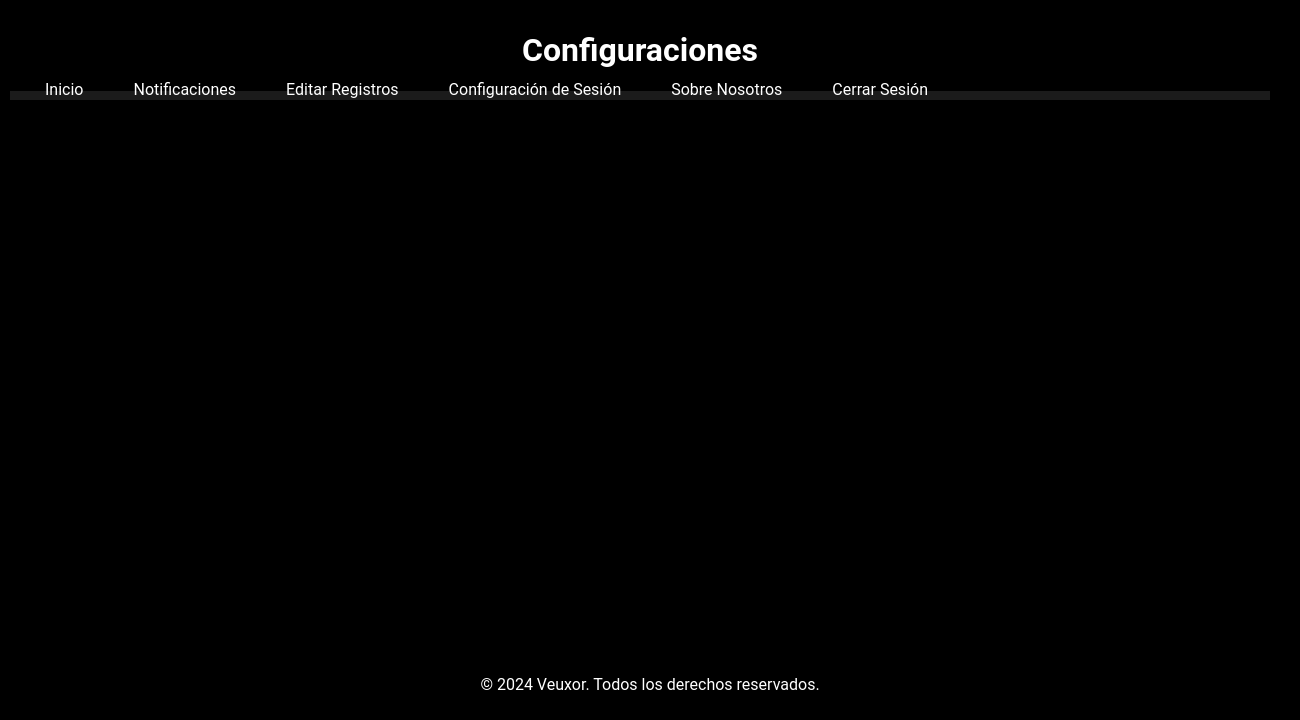
Repository: EddyWebz/updat
Page: privado/config.html
An editor plug-in stored every save of this project. The page is shown before and after the next save, followed by the edit.
The browser window is 1280 px wide. The page is 1300 px wide, so the pictures cover 1300 px, including what lies to the right of the window. The pictures show the whole page.

Above is the page before, as saved 2024-09-15 11:02:21.

After the next save:
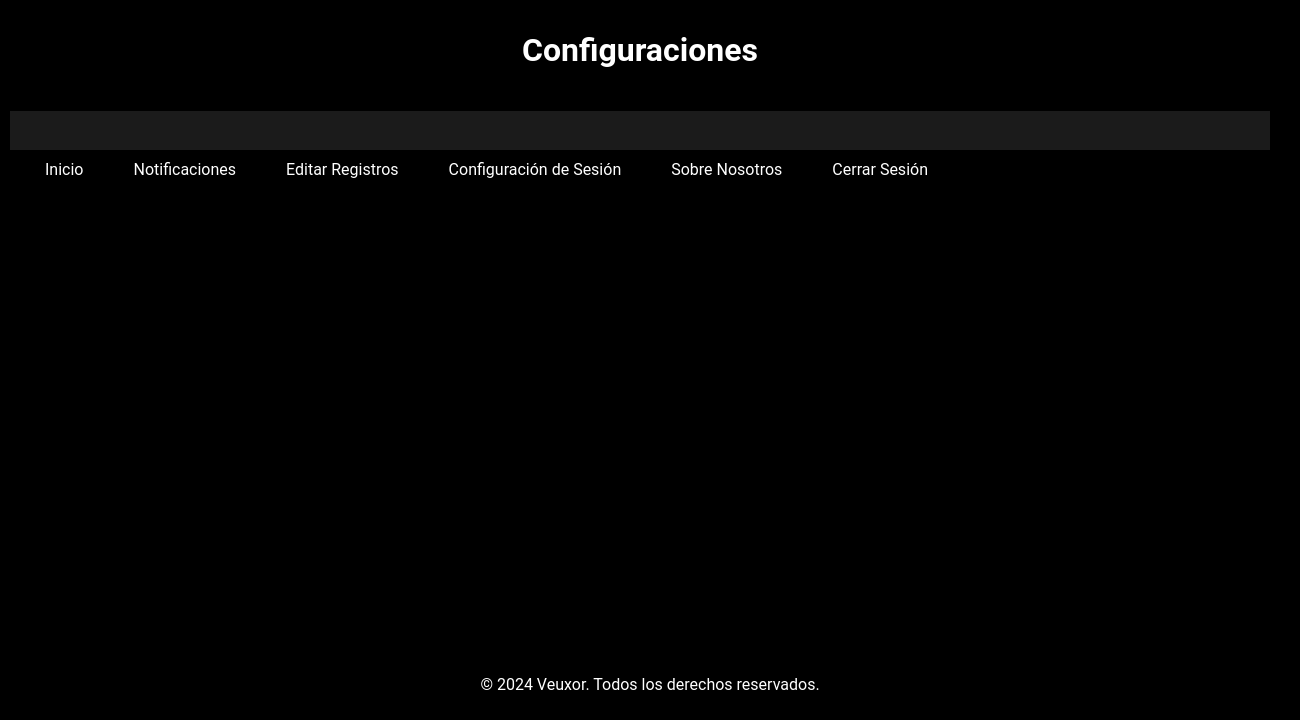
Saved 6 min 34 s later.
--- a/BASE-2/config.css
+++ b/BASE-2/config.css
@@ -108,7 +108,7 @@ header {
         display: flex;
         justify-content: flex-start; /* Alineamos el menú hacia la izquierda */
         background-color: #1b1b1b;
-        margin-top: -10px; /* Mover hacia arriba */
+        margin-top: 10px; /* Mover hacia arriba */
         padding-left: 10px; /* Ajustamos el padding para que no quede pegado a la izquierda */
         margin-left: 10px; /* Añadir espacio a la izquierda */
         margin-right: 10px;
@@ -133,7 +133,7 @@ header {
         border: none;
         display: inline-block;
         background-color: transparent;
-        margin-top: -30px; /* Sube los botones 5px */
+        margin-top: -0px; /* Sube los botones 5px */
     }
 
     .dropdown-content a:hover {
